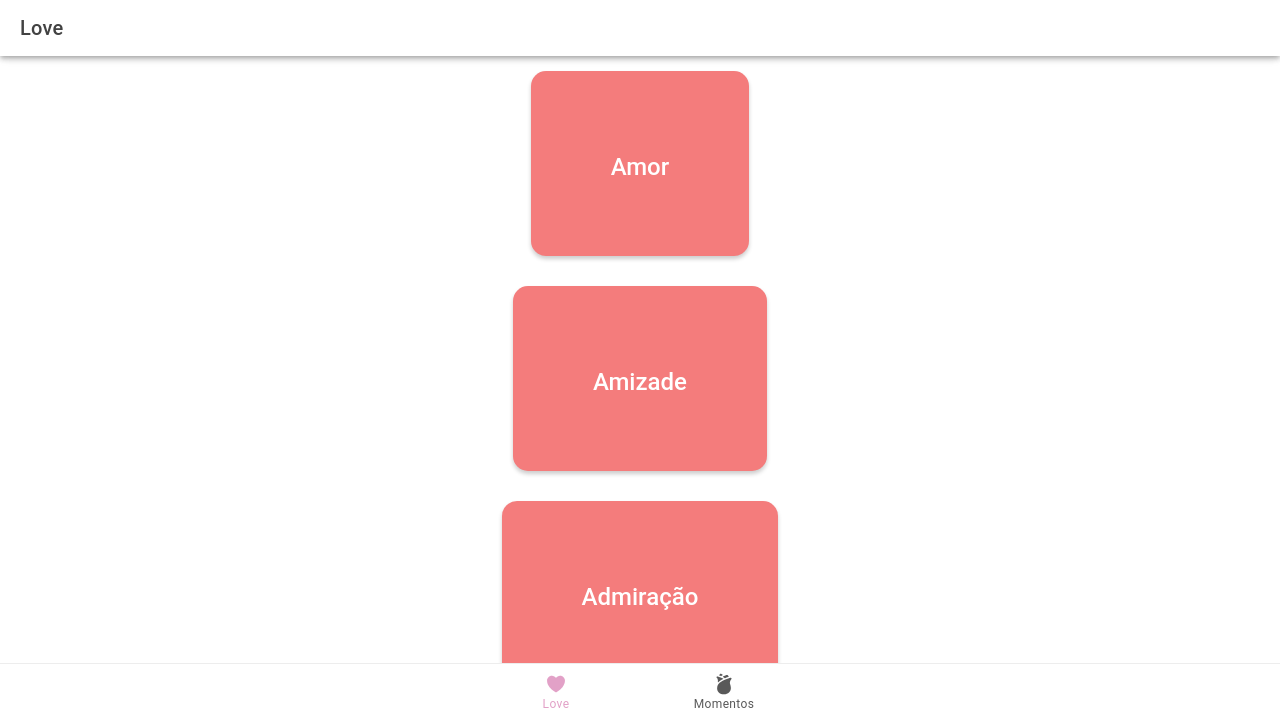
Repository: mateus-henrique-silva/lorrayne-app
Page: /
These files come from the project's save history. The page is drawn as it stood at one moment and after a run of saves; the edit follows.
The browser window is 1280 px wide. The pictures show the whole page.
The project was rebuilt for these pictures with package versions that can differ from the ones it lists, and the page was loaded fresh each time. Also part of the build but not shown: src/pages/Tab2.tsx, src/components/ExploreContainer.css, src/components/ExploreContainer.tsx, src/pages/Tab3.tsx.

Above is the page before, as saved 2022-07-05 14:37:12.

### src/App.tsx
import { Redirect, Route } from 'react-router-dom';
import {
  IonApp,
  IonIcon,
  IonLabel,
  IonRouterOutlet,
  IonTabBar,
  IonTabButton,
  IonTabs,
  setupIonicReact
} from '@ionic/react';
import { IonReactRouter } from '@ionic/react-router';
import { ellipse, heart, rose, square, star, triangle } from 'ionicons/icons';
import Tab1 from './pages/Tab1';
import Tab2 from './pages/Tab2';
import Tab3 from './pages/Tab3';

/* Core CSS required for Ionic components to work properly */
import '@ionic/react/css/core.css';

/* Basic CSS for apps built with Ionic */
import '@ionic/react/css/normalize.css';
import '@ionic/react/css/structure.css';
import '@ionic/react/css/typography.css';

/* Optional CSS utils that can be commented out */
import '@ionic/react/css/padding.css';
import '@ionic/react/css/float-elements.css';
import '@ionic/react/css/text-alignment.css';
import '@ionic/react/css/text-transformation.css';
import '@ionic/react/css/flex-utils.css';
import '@ionic/react/css/display.css';

/* Theme variables */
import './theme/variables.css';

setupIonicReact();

const App: React.FC = () => (
  <IonApp>
    <IonReactRouter>
      <IonTabs>
        <IonRouterOutlet>
          <Route exact path="/tab1">
            <Tab1 />
          </Route>
          <Route exact path="/tab2">
            <Tab2 />
          </Route>
          <Route path="/tab3">
            <Tab3 />
          </Route>
          <Route exact path="/">
            <Redirect to="/tab1" />
          </Route>
        </IonRouterOutlet>
        <IonTabBar slot="bottom">
          <IonTabButton tab="tab1" href="/tab1">
            <IonIcon icon={heart} />
            <IonLabel>Love</IonLabel>
          </IonTabButton>
          <IonTabButton tab="tab2" href="/tab2">
            <IonIcon icon={rose} />
            <IonLabel>Momentos</IonLabel>
          </IonTabButton>
          {/* <IonTabButton tab="tab3" href="/tab3">
            <IonIcon icon={star} />
            <IonLabel>Momentos</IonLabel>
          </IonTabButton> */}
        </IonTabBar>
      </IonTabs>
    </IonReactRouter>
  </IonApp>
);

export default App;

### src/pages/Tab1.tsx
import {
  IonContent,
  IonHeader,
  IonPage,
  IonTitle,
  IonToolbar,
} from "@ionic/react";
import Msg from "../components/boxMsg";
import "./Tab1.css";
import Box from "../components/BoxComponents";

const Tab1: React.FC = () => {
  return (
    <IonPage>
      <IonHeader>
        <IonToolbar>
          <IonTitle>Love</IonTitle>
        </IonToolbar>
      </IonHeader>
      <IonContent fullscreen>
        <IonHeader collapse="condense">
          <IonToolbar>
            <IonTitle size="large">Love</IonTitle>
          </IonToolbar>
        </IonHeader>

        <Box paragraph="É essa vontade incontrolável de passar todos os dias ao seu lado. Fazer de tudo para te tirar um sorriso bobo. O amor é simples e sincero. Te amo vida!" text="Amor" fontSize="20px" colorText="#ffff" color="#F47C7C" />

        <Box paragraph="É essa parceria que temos desde o dia que nos conhcemos. Saber que posso contar com você nos momentos mais dificeis" text="Amizade" fontSize="20px" colorText="#ffff" color="#F47C7C" />
        <Box paragraph="É a honra de estar ao lado de uma mulher guerreira, determinada, sonhadora. Que me motiva a crecer e amadurecer todos os dias para ser o melhor para você "
          text="Admiração"
          fontSize="20px"
          colorText="#ffff"
          color="#F47C7C"
        />
        <Box paragraph="É o que eu sinto das conquistas. É do seu futuro que será brilhante. Acredito em você e nos seus sonhos" text="Orgulho" fontSize="20px" colorText="#ffff" color="#F47C7C" />
        <Box paragraph="É o que eu tenho todos os dias. Agradeço a Deus por ter colocado a mulher mais incrivel do mundo na minha vida."
          text="Gratidão"
          fontSize="20px"
          colorText="#ffff"
          color="#F47C7C"
        />
        <Box paragraph="É o que somos. Mesmo não vivendo juntos ainda eu sei que somos uma familia, pois familia é que esta ao nosso lado nos bons e mals momento, e como eu sempre disse somos nos 2 contra o mundo!!"text="Familia" fontSize="20px" colorText="#ffff" color="#F47C7C" />
      </IonContent>
    </IonPage>
  );
};

export default Tab1;

### src/theme/variables.css
/* Ionic Variables and Theming. For more info, please see:
http://ionicframework.com/docs/theming/ */

/** Ionic CSS Variables **/
:root {
  /** primary **/
  --ion-color-primary: #e2a1c7;
  --ion-color-primary-rgb: 226, 161, 199;
  --ion-color-primary-contrast: #000000;
  --ion-color-primary-contrast-rgb: 0, 0, 0;
  --ion-color-primary-shade: #c78eaf;
  --ion-color-primary-tint: #e5aacd;

  /** secondary **/
  --ion-color-secondary: #3dc2ff;
  --ion-color-secondary-rgb: 61, 194, 255;
  --ion-color-secondary-contrast: #ffffff;
  --ion-color-secondary-contrast-rgb: 255, 255, 255;
  --ion-color-secondary-shade: #36abe0;
  --ion-color-secondary-tint: #50c8ff;

  /** tertiary **/
  --ion-color-tertiary: #5260ff;
  --ion-color-tertiary-rgb: 82, 96, 255;
  --ion-color-tertiary-contrast: #ffffff;
  --ion-color-tertiary-contrast-rgb: 255, 255, 255;
  --ion-color-tertiary-shade: #4854e0;
  --ion-color-tertiary-tint: #6370ff;

  /** success **/
  --ion-color-success: #2dd36f;
  --ion-color-success-rgb: 45, 211, 111;
  --ion-color-success-contrast: #ffffff;
  --ion-color-success-contrast-rgb: 255, 255, 255;
  --ion-color-success-shade: #28ba62;
  --ion-color-success-tint: #42d77d;

  /** warning **/
  --ion-color-warning: #ffc409;
  --ion-color-warning-rgb: 255, 196, 9;
  --ion-color-warning-contrast: #000000;
  --ion-color-warning-contrast-rgb: 0, 0, 0;
  --ion-color-warning-shade: #e0ac08;
  --ion-color-warning-tint: #ffca22;

  /** danger **/
  --ion-color-danger: #eb445a;
  --ion-color-danger-rgb: 235, 68, 90;
  --ion-color-danger-contrast: #ffffff;
  --ion-color-danger-contrast-rgb: 255, 255, 255;
  --ion-color-danger-shade: #cf3c4f;
  --ion-color-danger-tint: #ed576b;

  /** dark **/
  --ion-color-dark: #222428;
  --ion-color-dark-rgb: 34, 36, 40;
  --ion-color-dark-contrast: #ffffff;
  --ion-color-dark-contrast-rgb: 255, 255, 255;
  --ion-color-dark-shade: #1e2023;
  --ion-color-dark-tint: #383a3e;

  /** medium **/
  --ion-color-medium: #92949c;
  --ion-color-medium-rgb: 146, 148, 156;
  --ion-color-medium-contrast: #ffffff;
  --ion-color-medium-contrast-rgb: 255, 255, 255;
  --ion-color-medium-shade: #808289;
  --ion-color-medium-tint: #9d9fa6;

  /** light **/
  --ion-color-light: #f4f5f8;
  --ion-color-light-rgb: 244, 245, 248;
  --ion-color-light-contrast: #000000;
  --ion-color-light-contrast-rgb: 0, 0, 0;
  --ion-color-light-shade: #d7d8da;
  --ion-color-light-tint: #f5f6f9;
}

@media (prefers-color-scheme: dark) {
  /*
   * Dark Colors
   * -------------------------------------------
   */

  body {
    --ion-color-primary: #e2a1c7;
    --ion-color-primary-rgb: 226, 161, 199;
    --ion-color-primary-contrast: #000000;
    --ion-color-primary-contrast-rgb: 0, 0, 0;
    --ion-color-primary-shade: #c78eaf;
    --ion-color-primary-tint: #e5aacd;

    --ion-color-secondary: #50c8ff;
    --ion-color-secondary-rgb: 80,200,255;
    --ion-color-secondary-contrast: #ffffff;
    --ion-color-secondary-contrast-rgb: 255,255,255;
    --ion-color-secondary-shade: #46b0e0;
    --ion-color-secondary-tint: #62ceff;

    --ion-color-tertiary: #6a64ff;
    --ion-color-tertiary-rgb: 106,100,255;
    --ion-color-tertiary-contrast: #ffffff;
    --ion-color-tertiary-contrast-rgb: 255,255,255;
    --ion-color-tertiary-shade: #5d58e0;
    --ion-color-tertiary-tint: #7974ff;

    --ion-color-success: #2fdf75;
    --ion-color-success-rgb: 47,223,117;
    --ion-color-success-contrast: #000000;
    --ion-color-success-contrast-rgb: 0,0,0;
    --ion-color-success-shade: #29c467;
    --ion-color-success-tint: #44e283;

    --ion-color-warning: #ffd534;
    --ion-color-warning-rgb: 255,213,52;
    --ion-color-warning-contrast: #000000;
    --ion-color-warning-contrast-rgb: 0,0,0;
    --ion-color-warning-shade: #e0bb2e;
    --ion-color-warning-tint: #ffd948;

    --ion-color-danger: #ff4961;
    --ion-color-danger-rgb: 255,73,97;
    --ion-color-danger-contrast: #ffffff;
    --ion-color-danger-contrast-rgb: 255,255,255;
    --ion-color-danger-shade: #e04055;
    --ion-color-danger-tint: #ff5b71;

    --ion-color-dark: #f4f5f8;
    --ion-color-dark-rgb: 244,245,248;
    --ion-color-dark-contrast: #000000;
    --ion-color-dark-contrast-rgb: 0,0,0;
    --ion-color-dark-shade: #d7d8da;
    --ion-color-dark-tint: #f5f6f9;

    --ion-color-medium: #989aa2;
    --ion-color-medium-rgb: 152,154,162;
    --ion-color-medium-contrast: #000000;
    --ion-color-medium-contrast-rgb: 0,0,0;
    --ion-color-medium-shade: #86888f;
    --ion-color-medium-tint: #a2a4ab;

    --ion-color-light: #222428;
    --ion-color-light-rgb: 34,36,40;
    --ion-color-light-contrast: #ffffff;
    --ion-color-light-contrast-rgb: 255,255,255;
    --ion-color-light-shade: #1e2023;
    --ion-color-light-tint: #383a3e;
  }

  /*
   * iOS Dark Theme
   * -------------------------------------------
   */

  .ios body {
    --ion-background-color: #000000;
    --ion-background-color-rgb: 0,0,0;

    --ion-text-color: #ffffff;
    --ion-text-color-rgb: 255,255,255;

    --ion-color-step-50: #0d0d0d;
    --ion-color-step-100: #1a1a1a;
    --ion-color-step-150: #262626;
    --ion-color-step-200: #333333;
    --ion-color-step-250: #404040;
    --ion-color-step-300: #4d4d4d;
    --ion-color-step-350: #595959;
    --ion-color-step-400: #666666;
    --ion-color-step-450: #737373;
    --ion-color-step-500: #808080;
    --ion-color-step-550: #8c8c8c;
    --ion-color-step-600: #999999;
    --ion-color-step-650: #a6a6a6;
    --ion-color-step-700: #b3b3b3;
    --ion-color-step-750: #bfbfbf;
    --ion-color-step-800: #cccccc;
    --ion-color-step-850: #d9d9d9;
    --ion-color-step-900: #e6e6e6;
    --ion-color-step-950: #f2f2f2;

    --ion-item-background: #000000;

    --ion-card-background: #1c1c1d;
  }

  .ios ion-modal {
    --ion-background-color: var(--ion-color-step-100);
    --ion-toolbar-background: var(--ion-color-step-150);
    --ion-toolbar-border-color: var(--ion-color-step-250);
  }


  /*
   * Material Design Dark Theme
   * -------------------------------------------
   */

  .md body {
    --ion-background-color: #121212;
    --ion-background-color-rgb: 18,18,18;

    --ion-text-color: #ffffff;
    --ion-text-color-rgb: 255,255,255;

    --ion-border-color: #222222;

    --ion-color-step-50: #1e1e1e;
    --ion-color-step-100: #2a2a2a;
    --ion-color-step-150: #363636;
    --ion-color-step-200: #414141;
    --ion-color-step-250: #4d4d4d;
    --ion-color-step-300: #595959;
    --ion-color-step-350: #656565;
    --ion-color-step-400: #717171;
    --ion-color-step-450: #7d7d7d;
    --ion-color-step-500: #898989;
    --ion-color-step-550: #949494;
    --ion-color-step-600: #a0a0a0;
    --ion-color-step-650: #acacac;
    --ion-color-step-700: #b8b8b8;
    --ion-color-step-750: #c4c4c4;
    --ion-color-step-800: #d0d0d0;
    --ion-color-step-850: #dbdbdb;
    --ion-color-step-900: #e7e7e7;
    --ion-color-step-950: #f3f3f3;

    --ion-item-background: #1e1e1e;

    --ion-toolbar-background: #1f1f1f;

    --ion-tab-bar-background: #1f1f1f;

    --ion-card-background: #1e1e1e;
  }
}

### src/components/BoxComponents.tsx
import React, { useState } from "react";
import { motion, AnimatePresence } from "framer-motion";
import "./BoxComponents.css";

interface TextBox {
  text: string;
  color: string;
  colorText: string;
  fontSize: string;
  paragraph: string;
}

const BoxComponents: React.FC<TextBox> = (props, { text }) => {
  const [isOpen, setIsOpen] = useState(false);
  const TextArray = [
    {
      id: 0,
      paragraph: "Mateus henrique lindo",
    },
    { id: 1, paragraph: "Mateus henrique lindo" },
  ];
  const colorBox = {
    backgroundColor: props.color,
    color: props.colorText,
    fontSize: props.fontSize,
  };
  return (
    <div className="Box">
      <div className="BoxSet">
        <motion.div transition={{layout: {duration:2, type:"spring"}}} onClick= {()=> setIsOpen(!isOpen)} className="BoxPrincipal" style={colorBox}>
        <motion.h2 layout="position">{props.text}</motion.h2>

          {isOpen &&(

          <motion.div initial={{opacity:0}} animate ={{opacity:1}} transition={{duration:1}} >
          {/* {
         TextArray.map((TextArray)  =>(
          <p key={TextArray.id}>{TextArray.paragraph}</p>
         )  )} */}
         <p>{props.paragraph}</p>
         </motion.div>)}

        </motion.div>
        {/* <motion.div className="BoxPrincipal" style={colorBox}>{props.text}</motion.div> */}
      </div>
    </div>
  );
};

export default BoxComponents;

### src/components/BoxComponents.css
.Box{
    display:grid;
    justify-content:space-around;
    overflow:hidden;

}
.BoxSet{

    width:100%;
    margin-bottom:15px;


}

.BoxPrincipal{
    padding: 4rem 5rem;
    display:block;

    margin-top:15px;
    border-radius:15px;
    justify-content:center;
    cursor: pointer;
    align-items:center;
    transition:1s;
    box-shadow: 0px 3px 4px rgba(0,0,0,0.2) ;
}
p{
    padding-top:1rem ;


}
h2{
    margin: 0;
    padding: 0;
}
@media(max-width:800px){
    .Box{
        display:grid;
        justify-content:space-around;

        width:100%;


    }
    .BoxSet{
        display:flex;
        width:100%;
        margin-bottom:15px;


    }


    .Box:last-child{
        margin-bottom:15px;
    }

}


@media(max-width:480px){

    .BoxSet{
        display:grid;
        width:100%
    }


}

Loaded but not shown: public/index.html (common file); src/index.tsx (common file); src/serviceWorkerRegistration.ts (common file); src/reportWebVitals.ts (common file); src/pages/Tab1.css (no stored copy; drawn as an empty file); src/pages/Tab2.css (no stored copy; drawn as an empty file); src/pages/Tab3.css (no stored copy; drawn as an empty file)

After the next 2 saves:
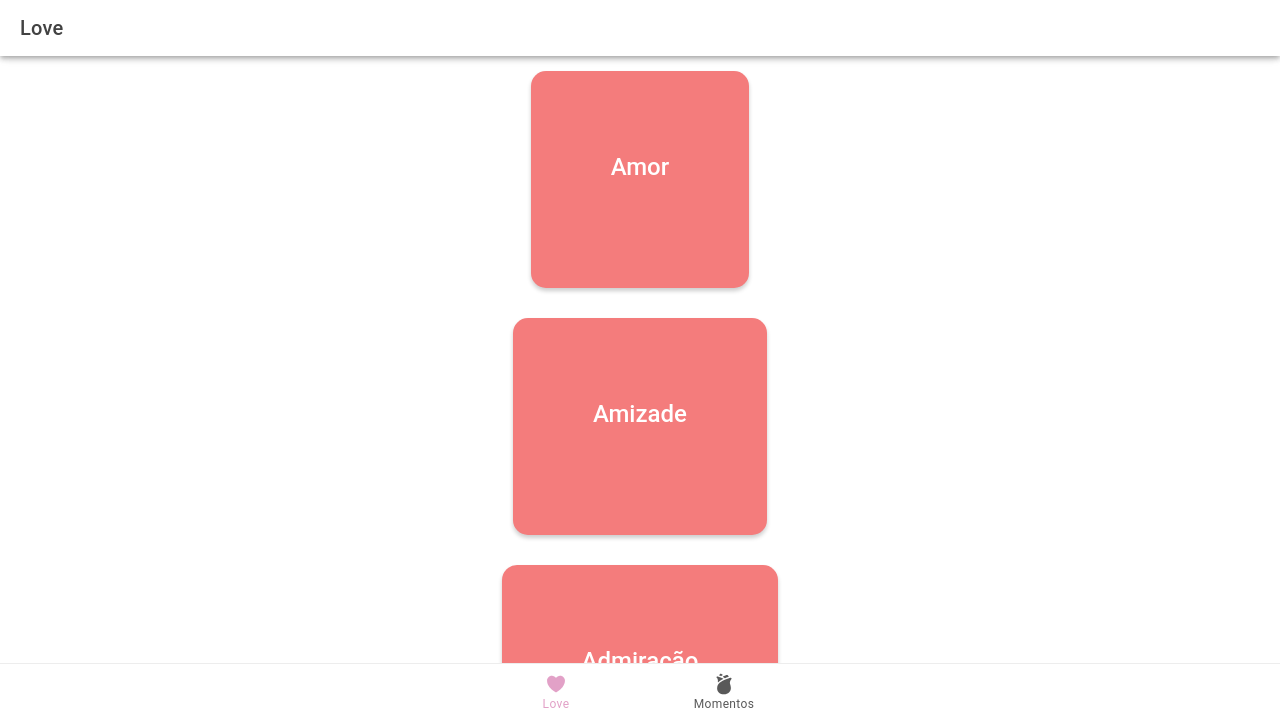
The 2 saves are shown as one change because they came seconds apart.
The last was saved 26 s later.
--- a/src/components/BoxComponents.css
+++ b/src/components/BoxComponents.css
@@ -13,7 +13,7 @@
 }
 
 .BoxPrincipal{
-    padding: 4rem 5rem;
+    padding: 4rem 5rem 6rem;
     display:block;
 
     margin-top:15px;
